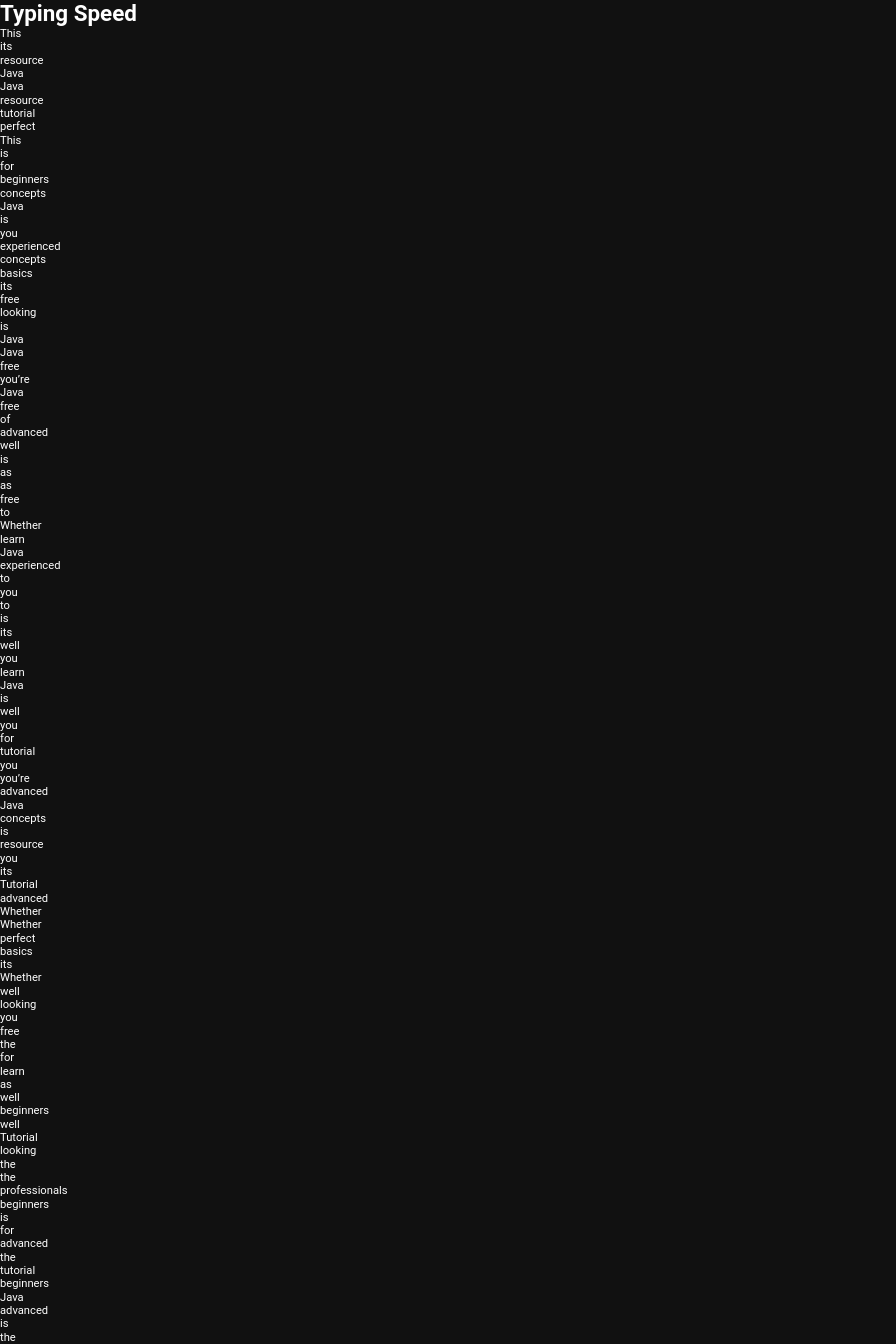
Repository: ThisIsSahaj/Js-Games
Page: TypingSpeed/index.html
An editor plug-in stored every save of this project. The page is shown before and after the next save, followed by the edit.
The browser window is 1280 px wide. The pictures show the part of the page from y = 0 to 1920 px (the page is 3838 px tall), at 70% of full size.

Above is the page before, as saved 2024-05-18 20:03:46.

### TypingSpeed/index.html
<!DOCTYPE html>
<html lang="en">
<head>
    <meta charset="UTF-8">
    <meta http-equiv="X-UA-Compatible" content="IE=edge">
    <meta name="viewport" content="width=device-width, initial-scale=1.0">
    <title>Typing Speed</title>
    <link rel="stylesheet" href="style.css">
</head>
<body>
    <h1>Typing Speed</h1>

    <div class="game">
        <div class="words"></div>
        <div class="cursor"></div>
    </div>
</body>
<script src="script.js"></script>
</html>

### TypingSpeed/style.css
*{
    margin: 0;
    padding: 0;
    box-sizing: border-box;
}

body{
    font-family: 'Roboto';
    background-color: #111;
    color: white;
}

### TypingSpeed/script.js
const words = 'This Java Tutorial is designed for beginners as well as experienced professionals Whether you’re looking to learn the basics of Java or its advanced concepts this free Java tutorial is the perfect resource for you'

const wordsDiv = document.querySelector('.words');




// to split all the words whenever space comes and return an array
const newWords = words.split(" ");
console.log(newWords);




const randomWord = () => {
    const randomIndex = Math.floor(Math.random() * newWords.length);

    return newWords[randomIndex];
}
console.log(randomWord());


const formatWord = (word) => {
  return `
  <div class="singleWord">${word}</div>
  `
}


const newGame = () => {
    wordsDiv.innerHTML = " ";

    for(let i=0; i<200; i++)
    {
        wordsDiv.innerHTML += formatWord(randomWord());
    }
}

newGame();

After the next save:
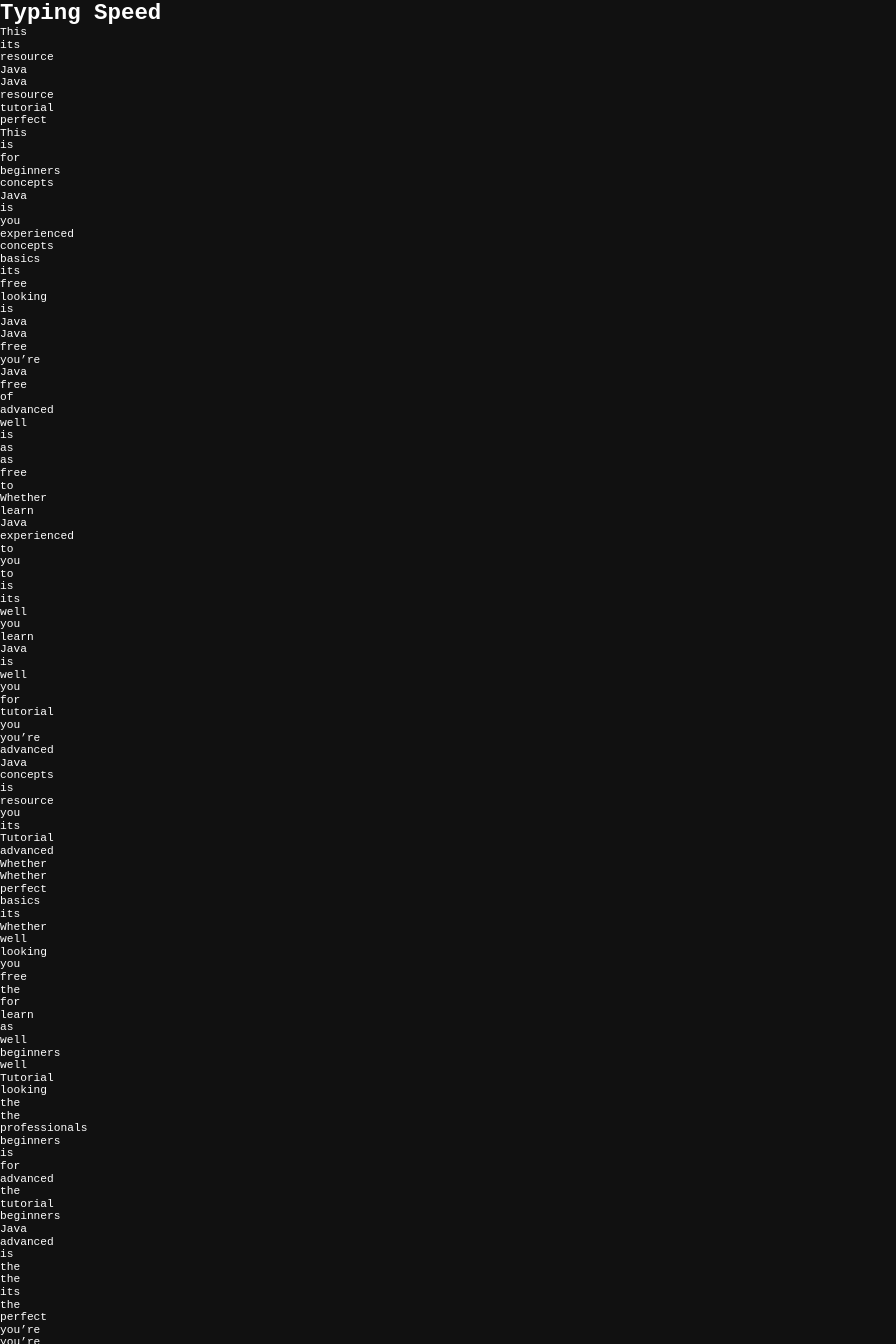
Saved 43 s later.
--- a/TypingSpeed/style.css
+++ b/TypingSpeed/style.css
@@ -5,7 +5,7 @@
 }
 
 body{
-    font-family: 'Roboto';
+    font-family: 'Roboto Mono', monospace;
     background-color: #111;
     color: white;
 }
